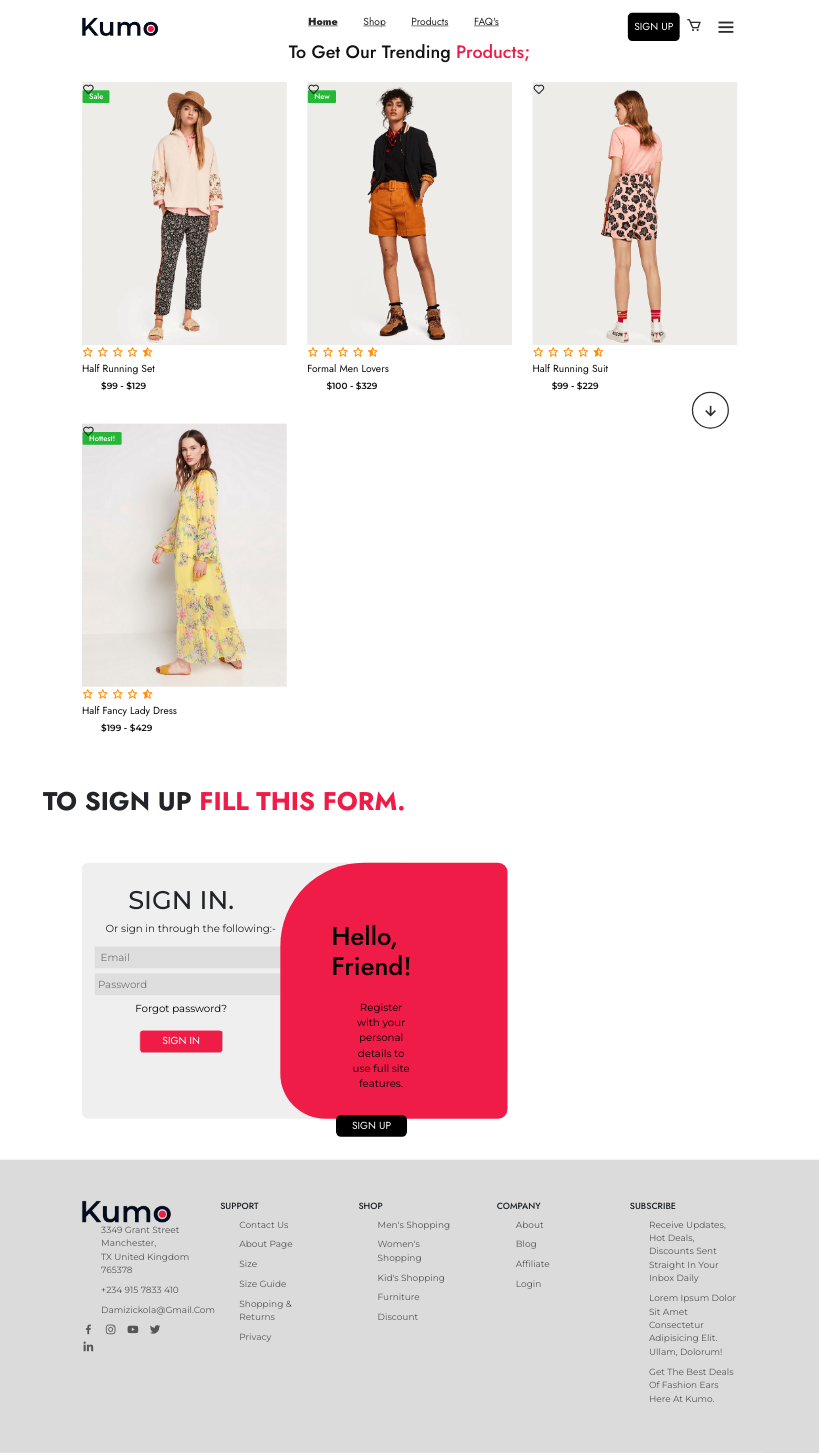
Repository: isaacCodes1/Kumo-Website.
Page: form.html
An editor plug-in stored every save of this project. The page is shown before and after the next save, followed by the edit.
The browser window is 1280 px wide. The pictures show the whole page, at 64% of full size.

Above is the page before, as saved 2024-03-26 11:45:06.

### form.html
<!DOCTYPE html>
<html lang="en">
  <head>
    <meta charset="UTF-8" />
    <meta name="viewport" content="width=device-width, initial-scale=1.0" />
    <link rel="stylesheet" href="style.css" />
    <link rel="stylesheet" href="Mediaquery.css" />
    <link rel="preconnect" href="https://fonts.googleapis.com" />
    <link rel="preconnect" href="https://fonts.gstatic.com" crossorigin />
    <link
      href="https://fonts.googleapis.com/css2?family=Bricolage+Grotesque:opsz,wght@12..96,200..800&family=Jost:ital,wght@0,100..900;1,100..900&family=Montserrat:ital,wght@0,100..900;1,100..900&family=Poppins:ital,wght@0,100;0,200;0,300;0,400;0,500;0,600;0,700;0,800;0,900;1,100;1,200;1,300;1,400;1,500;1,600;1,700;1,800;1,900&display=swap"
      rel="stylesheet"
    />
    <link
      rel="stylesheet"
      href="https://cdnjs.cloudflare.com/ajax/libs/font-awesome/6.5.1/css/all.min.css"
      integrity="sha512-DTOQO9RWCH3ppGqcWaEA1BIZOC6xxalwEsw9c2QQeAIftl+Vegovlnee1c9QX4TctnWMn13TZye+giMm8e2LwA=="
      crossorigin="anonymous"
      referrerpolicy="no-referrer"
    />
    <link
      rel="stylesheet"
      href="https://unpkg.com/boxicons@latest/css/boxicons.min.css"
    />
    <link
      href="https://cdn.jsdelivr.net/npm/bootstrap@5.2.3/dist/css/bootstrap.min.css"
      rel="stylesheet"
      integrity="sha384-rbsA2VBKQhggwzxH7pPCaAqO46MgnOM80zW1RWuH61DGLwZJEdK2Kadq2F9CUG65"
      crossorigin="anonymous"
    />
    <script
      src="https://cdn.jsdelivr.net/npm/bootstrap@5.2.3/dist/js/bootstrap.bundle.min.js"
      integrity="sha384-kenU1KFdBIe4zVF0s0G1M5b4hcpxyD9F7jL+jjXkk+Q2h455rYXK/7HAuoJl+0I4"
      crossorigin="anonymous"
    ></script>
    <title>Document</title>
  </head>
  <body>
    <header>
      <a href="index.html" class="logo"><img src="Assets/logo.png" alt="" /></a>
      <ul class="navmenu">
        <li><a style="font-weight: 900" href="index.html">Home</a></li>
        <li><a href="shop.html">Shop</a></li>
        <li><a href="products.html">Products</a></li>
        <li><a href="Questions.html">FAQ's</a></li>
      </ul>
      <div class="nav-icon">
        <a href="form.html" class="yes">SIGN UP</a>
        <a href="#"><i class="bx bx-cart"></i></a>
        <div class="bx bx-menu" id="menu-icon"></div>
      </div>
    </header>
    <!-- <trending-products-section-->
    <section class="trending-product" id="trending">
      <div class="center-text">
        <h2>To Get Our Trending <span>Products;</span></h2>
      </div>
      <div class="products">
        <div class="row">
          <img src="/Assets/1.jpg" alt="" />
          <div class="product-text">
            <h5>Sale</h5>
          </div>
          <div class="heart-icon">
            <i class="bx bx-heart"></i>
          </div>
          <div class="ratting">
            <i class="bx bx-star"></i>
            <i class="bx bx-star"></i>
            <i class="bx bx-star"></i>
            <i class="bx bx-star"></i>
            <i class="bx bxs-star-half"></i>
          </div>
          <div class="price">
            <h4>Half Running Set</h4>
            <p>$99 - $129</p>
          </div>
        </div>

        <div class="row">
          <img src="/Assets/2.jpg" alt="" />
          <div class="product-text">
            <h5>New</h5>
          </div>
          <div class="heart-icon">
            <i class="bx bx-heart"></i>
          </div>
          <div class="ratting">
            <i class="bx bx-star"></i>
            <i class="bx bx-star"></i>
            <i class="bx bx-star"></i>
            <i class="bx bx-star"></i>
            <i class="bx bxs-star-half"></i>
          </div>
          <div class="price">
            <h4>Formal Men Lovers</h4>
            <p>$100 - $329</p>
          </div>
        </div>
        <div class="row">
          <img src="/Assets/3.jpg" alt="" />
          <div class="heart-icon">
            <i class="bx bx-heart"></i>
          </div>
          <div class="ratting">
            <i class="bx bx-star"></i>
            <i class="bx bx-star"></i>
            <i class="bx bx-star"></i>
            <i class="bx bx-star"></i>
            <i class="bx bxs-star-half"></i>
          </div>
          <div class="price">
            <h4>Half Running Suit</h4>
            <p>$99 - $229</p>
          </div>
        </div>
        <div class="row">
          <img src="/Assets/4.jpg" alt="" />
          <div class="product-text">
            <h5>Hottest!</h5>
          </div>
          <div class="heart-icon">
            <i class="bx bx-heart"></i>
          </div>
          <div class="ratting">
            <i class="bx bx-star"></i>
            <i class="bx bx-star"></i>
            <i class="bx bx-star"></i>
            <i class="bx bx-star"></i>
            <i class="bx bxs-star-half"></i>
          </div>
          <div class="price">
            <h4>Half Fancy Lady Dress</h4>
            <p>$199 - $429</p>
          </div>
        </div>
      </div>
      <div class="down-arrow">
        <a href="#contact-info" class="down"
          ><i class="bx bx-down-arrow-alt"></i
        ></a>
      </div>
    </section>
    <h1 class="final">TO SIGN UP <span> FILL THIS FORM.</span></h1>
    <section class="section1">
      <div class="formContainer">
        <form class="form">
          <h1 class="pro3">SIGN IN.</h1>
          <p>Or sign in through the following:-</p>
          <div>
            <input class="proi" type="email" placeholder=" Email" />
          </div>
          <div>
            <input class="proh" type="password" placeholder="Password" />
          </div>
          <a class="forget" href="#">Forgot password?</a>
          <button class="sign">SIGN IN</button>
        </form>
        <div class="contentText">
          <h1 class="hello">Hello, Friend!</h1>
          <p>Register with your personal details to use full site features.</p>
          <a href="Form2.html" class="pro2">SIGN UP</a>
        </div>
      </div>
    </section>

    <!-- contact-section -->

    <section class="contact">
      <div class="contact-info" id="contact-info">
        <div class="first-info">
          <img src="/Assets/logo.png" alt="" />
          <p>3349 Grant street Manchester, <br />TX United kingdom 765378</p>
          <p>+234 915 7833 410</p>
          <a href="https://mail.google.com/mail/u/0/#inbox"
            ><p>damizickola@gmail.com</p></a
          >

          <div class="social-icon">
            <a href="https://www.facebook.com/profile.php?id=61551880766580"
              ><i class="bx bxl-facebook"></i
            ></a>
            <a href="https://instagram.com"><i class="bx bxl-instagram"></i></a>
            <a href="https://www.youtube.com/watch?v=FaNTVjATYHQ"
              ><i class="bx bxl-youtube"></i
            ></a>
            <a href="#"><i class="bx bxl-twitter"></i></a>
            <a href="#"><i class="bx bxl-linkedin"></i></a>
          </div>
        </div>
        <div class="second-info">
          <h4>Support</h4>
          <p>Contact Us</p>
          <p>About Page</p>
          <p>Size</p>
          <p>Size Guide</p>
          <p>Shopping & Returns</p>
          <p>Privacy</p>
        </div>

        <div class="third-info">
          <h4>Shop</h4>
          <p>Men's Shopping</p>
          <p>Women's Shopping</p>
          <p>Kid's Shopping</p>
          <p>Furniture</p>
          <p>Discount</p>
        </div>
        <div class="fourth-info">
          <h4>Company</h4>
          <p>About</p>
          <p>Blog</p>
          <p>Affiliate</p>
          <p>Login</p>
        </div>

        <div class="five">
          <h4>Subscribe</h4>
          <p>
            Receive Updates, Hot Deals, Discounts Sent Straight In your Inbox
            Daily
          </p>
          <p>
            Lorem ipsum dolor sit amet consectetur adipisicing elit. Ullam,
            dolorum!
          </p>
          <p>Get The Best Deals Of Fashion ears Here At Kumo.</p>
        </div>
      </div>
    </section>
  </body>
  <script
    src="https://cdn.jsdelivr.net/npm/@popperjs/core@2.11.6/dist/umd/popper.min.js"
    integrity="sha384-oBqDVmMz9ATKxIep9tiCxS/Z9fNfEXiDAYTujMAeBAsjFuCZSmKbSSUnQlmh/jp3"
    crossorigin="anonymous"
  ></script>
  <script
    src="https://cdn.jsdelivr.net/npm/bootstrap@5.2.3/dist/js/bootstrap.min.js"
    integrity="sha384-cuYeSxntonz0PPNlHhBs68uyIAVpIIOZZ5JqeqvYYIcEL727kskC66kF92t6Xl2V"
    crossorigin="anonymous"
  ></script>
  <script src="java.js"></script>
</html>

### style.css
* {
  margin: 0;
  padding: 0;
  box-sizing: border-box;
  scroll-behavior: smooth;
  font-family: "Jost", sans-serif;
  list-style-type: none;
  text-decoration: none;
}
header {
  position: fixed;
  width: 100%;
  top: 0;
  right: 0;
  z-index: 1000;
  display: flex;
  align-items: center;
  justify-content: space-between;
  padding: 20px 10%;
}
.logo img {
  max-width: 120px;
  height: auto;
}
.navmenu {
  display: flex;
}
.navmenu li :hover {
  background: #000;
}
.navmenu a {
  color: #2c2c2c;
  font-size: 16px;
  text-transform: capitalize;
  padding: 10px 20px;
  font-weight: 400;
  transition: all 0.42s ease;
}
.navmenu a:hover {
  color: #ee1c47;
}
.nav-icon {
  display: flex;
  align-items: center;
}
.nav-icon i {
  margin-right: 20px;
  color: #2c2c2c;
  font-size: 25px;
  font-weight: 400;
  transition: all 0.42s ease;
}
.nav-icon i:hover {
  transform: scale(1.05);
  color: #ee1c47;
}
#menu-icon {
  font-size: 35px;
  color: #2c2c2c;
  z-index: 10001;
  cursor: pointer;
}
section {
  padding: 5% 10%;
}
.main-home {
  width: 100%;
  height: 100vh;
  background-image: url(Assets/banner-3.png);
  background-position: center;
  background-size: cover;
  display: grid;
  grid-template-columns: repeat(1, 1fr);
  align-items: center;
}
.main-text h5 {
  color: #ee1c47;
  font-size: 16px;

  text-transform: capitalize;
  font-weight: 500;
}
.main-text h1 {
  color: #000;
  font-size: 65px;
  text-transform: capitalize;
  line-height: 1.1;
  font-weight: 600;
  margin: 6px 0 10px;
}
.main-text p {
  color: #333c56;
  font-size: 20px;
  font-style: italic;
  margin-bottom: 20px;
}
.main-btn {
  display: inline-block;
  color: #111;
  font-size: 16px;
  font-weight: 500;
  text-transform: capitalize;
  border: 2px solid#111;
  padding: 12px 25px;
  transition: all 0.42s ease;
}
.main-btn:hover {
  background: #000;
  color: #fff;
}
.main-btn i {
  vertical-align: middle;
}
.down-arrow {
  position: absolute;
  top: 85%;
  right: 11%;
}
.down i {
  font-size: 30px;
  color: #2c2c2c;
  border: 2px solid #2c2c2c;
  border-radius: 50px;
  padding: 12px 12px;
}
.down i:hover {
  background: #2c2c2c;
  color: #fff;
  transition: all 0.42s ease;
}
header.sticky {
  background: #fff;
  padding: 20px 10%;
  box-shadow: 0px 0px 10px rgb(0 0 0 /10%);
}
/* trending-section-css */
.center-text h2 {
  color: #111;
  font-size: 28px;
  text-transform: capitalize;
  text-align: center;
  margin-bottom: 30px;
}
.center-text span {
  color: #ee1c47;
}
.products {
  display: grid;
  grid-template-columns: repeat(auto-fit, minmax(260px, auto));
  gap: 2rem;
}
.row {
  position: relative;
  transition: all 0.4s;
}
.row img {
  width: 100%;
  height: auto;
  transition: all 0.4s;
}
.row img:hover {
  transform: scale(0.9);
}
.product-text h5 {
  position: absolute;
  top: 13px;
  left: 13px;
  color: #fff;
  font-size: 12px;
  font-weight: 500;
  text-transform: capitalize;
  background: #27b737;
  padding: 3px 10px;
  border-radius: 2px;
}
.heart-icon {
  position: absolute;
  right: 0;
  font-size: 20px;
}
.heart-icon:hover {
  color: #ee1c47;
}
.ratting {
  color: #ff8c00;
  font-size: 18px;
}

.price h4 {
  color: #111;
  font-size: 16px;
  text-transform: capitalize;
  font-weight: 400;
}
.price p {
  color: #151515;
  font-size: 14px;
  font-weight: 600;
}
.client-reviews {
  background: #f3f4f6;
}
.reviews {
  text-align: center;
}
.reviews h3 {
  color: #111;
  font-size: 25px;
  text-transform: capitalize;
  text-align: center;
  font-weight: 700;
}
.reviews img {
  width: 100px;
  height: auto;
  border-radius: 80px;
  margin: 10px 0;
}
.reviews p {
  color: #707070;
  font-size: 16px;
  font-weight: 400;
  line-height: 25px;
  margin-bottom: 10px;
}
.reviews h2 {
  font-size: 22px;
  color: #000;
  font-weight: 400;
  text-transform: capitalize;
  margin-bottom: 2px;
}
/* update-section-css */
.up-center-text h2 {
  text-align: center;
  color: #111;
  font-size: 25px;
  text-transform: capitalize;
  font-weight: 700;
  margin-bottom: 30px;
}
.cart img {
  width: 350px;
  height: auto;
  border-radius: 5px;
}
.update-cart {
  display: grid;
  grid-template-columns: repeat(auto-fit, minmax(380px, auto));
  gap: 1px;
}
.cart h5 {
  color: #636872;
  font-size: 14px;
  text-transform: capitalize;
  font-weight: 500;
}
.cart h4 {
  color: #111;
  font-size: 18px;
  font-weight: 600;
}
.cart p {
  color: #707070;
  font-size: 15px;
  max-width: 380px;
  line-height: 25px;
  margin-bottom: 12px;
}
.cart h6 {
  color: #151515;
  font-size: 14px;
  font-weight: 500;
}
/* contact-section */
.contact {
  background: #dbdbdb;
}
.contact-info {
  display: grid;
  grid-template-columns: repeat(auto-fit, minmax(160px, auto));
  gap: 3rem;
}
.first-info img {
  width: 140px;
  height: auto;
}
.contact-info h4 {
  color: #212529;
  font-size: 14px;
  text-transform: uppercase;
  margin-bottom: 10px;
}
.contact-info p {
  color: #565656;
  font-size: 14px;
  font-weight: 400;
  text-transform: capitalize;
  line-height: 1.5;
  margin-bottom: 10px;
  cursor: pointer;
  transition: all 0.42s;
}
.contact-info p:hover {
  color: #ee1c47;
}
.social-icon i {
  color: #565656;
  margin-right: 10px;
  font-size: 20px;
  transition: all 0.42s;
}
.social-icon i:hover {
  transform: scale(1.3);
}
.end-text {
  text-align: center;
  background: #edfff1;
  padding: 20px;
}
.end-text p {
  color: #111;
  text-transform: capitalize;
}

.location {
  width: 80%;
  margin: auto;
  padding: 80px 0;
}
.location iframe {
  width: 100%;
}
.center-text1 h2 {
  font-size: 30px;
}
.center-text1 span {
  color: #ee1c47;
}
.button3 {
  padding: 9px;
  border: 1px solid blue;
  font-size: 18px;
  border-radius: 5px;
  text-decoration: none;
  background: blue;
  color: #fff;
  transition: all 0.42s ease;
}
.button3:hover {
  color: #000;
  background: #fff;
}
.final {
  margin-left: 67px;
  font-weight: 700;
}
.final span {
  color: #ee1c47;
}
.up-arrow {
  border: 2px solid#000;
  width: 60px;
  border-radius: 50px;
  text-align: center;
  font-size: 30px;
}
.up-arrow i {
  color: #000;
}
.up-arrow :hover {
  background: #000;
  color: #fff;
}

.alert {
  background: blue;
  color: #fff;
  margin-top: 200px;
  font-size: 20px;
  margin-bottom: 150px;
}
.first-info a {
  text-decoration: none;
}
.up-center-text span {
  color: #ee1c47;
}
html,
body {
  position: relative;
  height: 100%;
}
body {
  background: #eee;
  font-family: Helvetica Neue, Helvetica, Arial, sans-serif;
  font-size: 14px;
  color: #000;
  margin: 0;
  padding: 0;
}

swiper-container {
  width: 100%;
  height: 100%;
}

swiper-slide {
  text-align: center;
  font-size: 18px;
  background: #000;
  display: flex;
  justify-content: center;
  align-items: center;
}

swiper-slide img {
  display: block;
  width: 100%;
  height: 100%;
  object-fit: cover;
}
.reviews {
  font-size: 25px;
  font-weight: 900;
}
.reviews span {
  color: #ee1c47;
}
.accordion {
  margin-top: 40px;
  margin-bottom: 10px;
}
.male {
  padding-top: 200px;
}
.male span {
  color: #ee1c47;
}
.yes {
  margin-right: 10px;
  padding: 10px;
  background: #000;
  color: #fff;
  border: 1px;
  transition: 1s ease-in-out;
  border-radius: 7px;
  text-decoration: none;
}
.yes:hover {
  color: #000;
  background: #dbdbdb;
}
.formContainer {
  display: flex;
  width: 50%;
  border: 0px solid;
  border-radius: 10px;
  background-color: rgba(232, 231, 231, 0.644);
  height: 400px;
  padding-right: 200px;
}
.form {
  display: flex;
  flex-direction: column;
  align-items: center;
  flex: 0.5;
}
.contentText {
  display: flex;
  flex-direction: column;
  align-items: center;
  flex: 1;
  gap: 20px;
  background-color: #ee1c47;
  color: #000;
  border-radius: 130px 15px 15px 70px;
  font-family: montserrat;
  padding-left: 80px;
  padding-right: 150px;
  padding-top: 90px;
}
.pro1 {
  margin-right: 32px;
  font-family: montserrat;
}
p {
  font-family: montserrat;
  margin-bottom: 15px;
  margin-left: 30px;

  display: flex;
  flex-direction: column;
}
.proi {
  padding: 5px;
  background-color: #dedede;
  color: black;
  border: 1px;
  font-family: montserrat;
  margin-bottom: 8px;
  width: 290px;
  margin-left: 20px;
  outline: none;
}
.proh {
  padding: 5px;
  background-color: #dedede;
  color: black;
  border: 1px;
  font-family: montserrat;
  width: 290px;
  margin-left: 20px;
  margin-bottom: 10px;
  outline: none;
}
.pro7 {
  font-family: montserrat;
}
.pro2 {
  background: #000;
  border-width: 1.5px;
  border-radius: 8px;
  border-color: #000;
  color: #fff;
  padding: 5px 25px 5px 25px;
  transition: 1s ease-in-out;
  text-decoration: none;
}
.pro2:hover {
  transition: 0.15s;
  background-color: #dbdbdb;
  color: #000;
  cursor: pointer;
}

.pro3 {
  font-family: montserrat;
  padding-top: 35px;
}
.forget {
  text-decoration: none;
  color: black;
  font-family: montserrat;
  margin-bottom: 5px;
}
.sign {
  background-color: #ee1c47;
  border-width: 1px;
  border-radius: 5px;
  border-color: white;
  color: white;
  padding: 5px 35px 5px 35px;
  margin-top: 15px;
  transition: 1s ease-in-out;
  cursor: pointer;
}
.sign:hover {
  color: #fff;
  background-color: #000;
}
.contentText .hello {
  font-size: 40px;
  display: flex;
  align-items: center;
  justify-content: center;
  flex-direction: column;
}
.contentText p {
  text-align: center;
}

### Mediaquery.css
@media (890px) {
  header {
    padding: 20px 3%;
    transition: 0.4s;
  }
  .center-text h2 {
    font-size: 12px;
  }
}
@media (max-width: 630px) {
  .main-text h1 {
    font-size: 50px;
    transition: 0.4s;
  }
  .main-text p {
    font-size: 18px;
    transition: 0.4s;
  }
  .main-btn {
    padding: 10px 20px;
    transition: 0.4s;
  }
  .center-text h2 {
    font-size: 12px;
  }
}
@media (max-width: 750px) {
  .navmenu {
    position: absolute;
    top: 100%;
    right: -100%;
    width: 300px;
    height: 130vh;
    background: #edfff1;
    display: flex;
    flex-direction: column;
    align-items: center;
    padding: 120px 30px;
    transition: all 0.42s;
  }
  .navmenu a {
    display: block;
    margin: 18px 0;
  }
  .navmenu.open {
    right: 0;
  }
  .center-text h2 {
    font-size: 12px;
  }
}
@media (max-width: 700px) {
  .center-text h2 {
    font-size: 0;
  }
  .header {
    margin-bottom: 20px;
    color: #000;
  }
  .cart {
    align-items: center;
    display: flex;
    flex-direction: column;
  }
  .cart img {
    width: 270px;
    margin-right: 80px;
  }
  .cart p {
    font-size: 10px;
    margin-right: 80px;
  }
  .cart h4 {
    font-size: 12px;
    margin-right: 80px;
  }
  .cart h6 {
    font-size: 10px;
    margin-right: 80px;
  }
  .contact-info {
    display: flex;
    flex-direction: column;
    align-items: center;
  }
  .center-text1 h2 {
    font-size: 25px;
  }
  .navmenu {
    padding-bottom: 30px;
  }
}

### java.js
const header = document.querySelector("header");

window.addEventListener("scroll", function () {
  header.classList.toggle("sticky", window.scrollY > 0);
});

let menu = document.querySelector("#menu-icon");
let navmenu = document.querySelector(".navmenu");

menu.onclick = () => {
  menu.classList.toggle("bx-x");
  navmenu.classList.toggle("open");
};

After the next save:
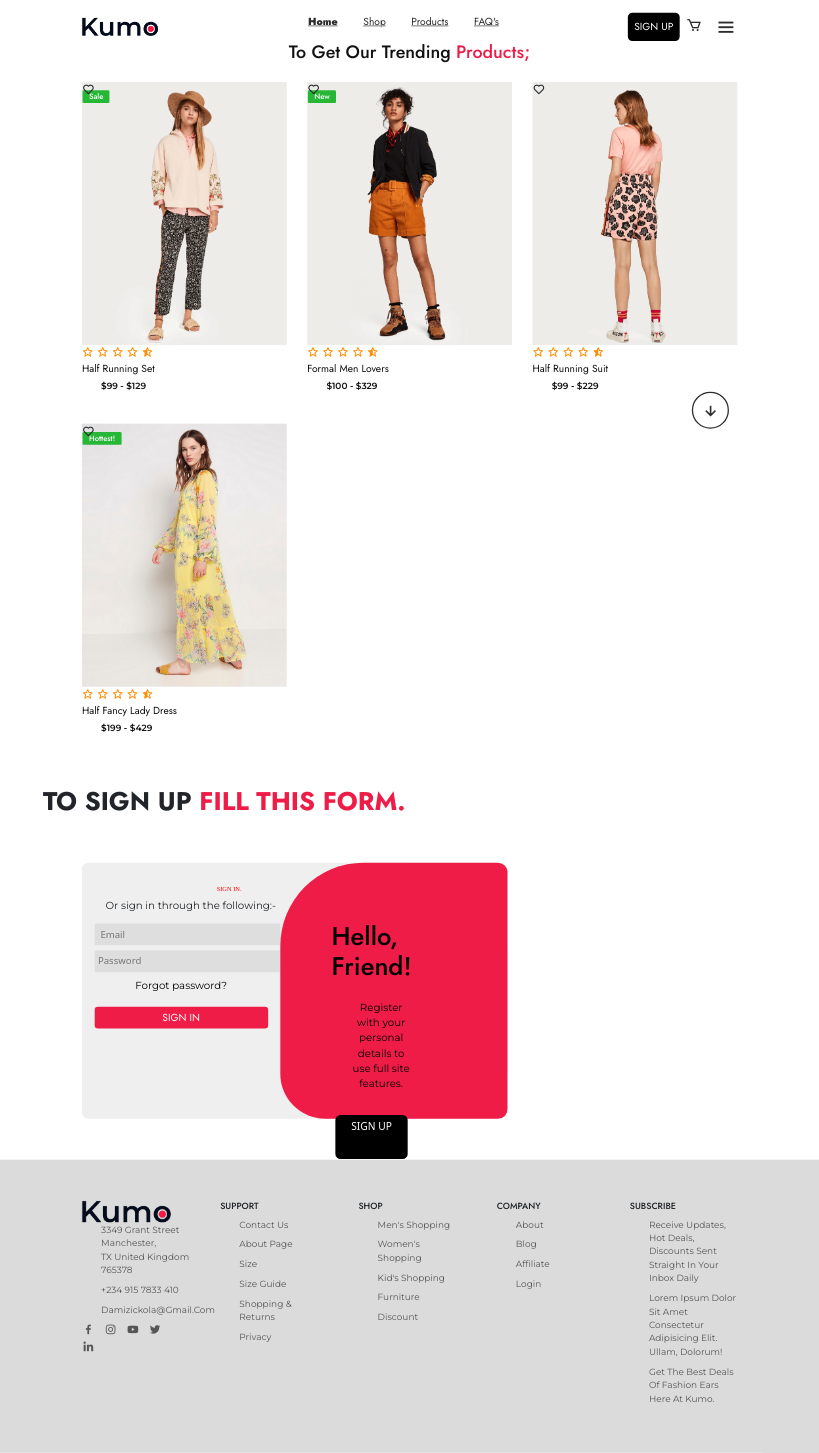
Saved 38 s later.
--- a/style.css
+++ b/style.css
@@ -569,3 +569,90 @@ p {
 .contentText p {
   text-align: center;
 }
+.wrapper {
+  width: 350px;
+  background: #080808cb;
+  color: #fff;
+  border-radius: 2px;
+  padding: 30px 40px;
+  height: 450px;
+  box-shadow: 0 0 1px;
+}
+
+.wrapper .input-box {
+  position: relative;
+  width: 100%;
+  height: 20px;
+  margin: 30px 0;
+}
+.wrapper h1 {
+  font-size: 28px;
+}
+.input-box input {
+  width: 100%;
+  height: 100%;
+  background: #3c363685;
+  border: none;
+  outline: none;
+  border: 1px;
+  border-radius: 4px;
+  font-size: 16px;
+  padding: 20px 45px 20px 20px;
+}
+.wrapper .remember-forgot {
+  display: flex;
+  justify-content: space-between;
+  font-size: 14.5px;
+  margin: 15px 0 15px;
+  font-family: system-ui, -apple-system, BlinkMacSystemFont, "Segoe UI", Roboto,
+    Oxygen, Ubuntu, Cantarell, "Open Sans", "Helvetica Neue", sans-serif;
+  font-size: 12px;
+}
+.wrapper .remember-forgot a {
+  text-decoration: none;
+  font-family: system-ui, -apple-system, BlinkMacSystemFont, "Segoe UI", Roboto,
+    Oxygen, Ubuntu, Cantarell, "Open Sans", "Helvetica Neue", sans-serif;
+  font-size: 12px;
+  padding-bottom: 18px;
+  color: #fff;
+}
+::placeholder {
+  font-size: 15px;
+  font-family: system-ui, -apple-system, BlinkMacSystemFont, "Segoe UI", Roboto,
+    Oxygen, Ubuntu, Cantarell, "Open Sans", "Helvetica Neue", sans-serif;
+}
+button {
+  padding: 8px;
+  width: 271px;
+  background-color: red;
+  font-family: system-ui, -apple-system, BlinkMacSystemFont, "Segoe UI", Roboto,
+    Oxygen, Ubuntu, Cantarell, "Open Sans", "Helvetica Neue", sans-serif;
+  border: 1px;
+  color: #fff;
+  border-radius: 3px;
+  font-size: 14px;
+  cursor: pointer;
+}
+button:hover {
+  color: black;
+  background-color: #fff;
+  transition: 1s ease-in-out;
+}
+.pro1 {
+  font-family: system-ui, -apple-system, BlinkMacSystemFont, "Segoe UI", Roboto,
+    Oxygen, Ubuntu, Cantarell, "Open Sans", "Helvetica Neue", sans-serif;
+  font-size: 15px;
+  text-align: center;
+  padding-bottom: 22px;
+}
+.pro2 {
+  font-family: system-ui, -apple-system, BlinkMacSystemFont, "Segoe UI", Roboto,
+    Oxygen, Ubuntu, Cantarell, "Open Sans", "Helvetica Neue", sans-serif;
+    padding-bottom: 40px;
+}
+.pro3{
+  margin-left: 150px;
+  font-family: cursive;
+  font-size: 10px;
+  color: red;
+}
